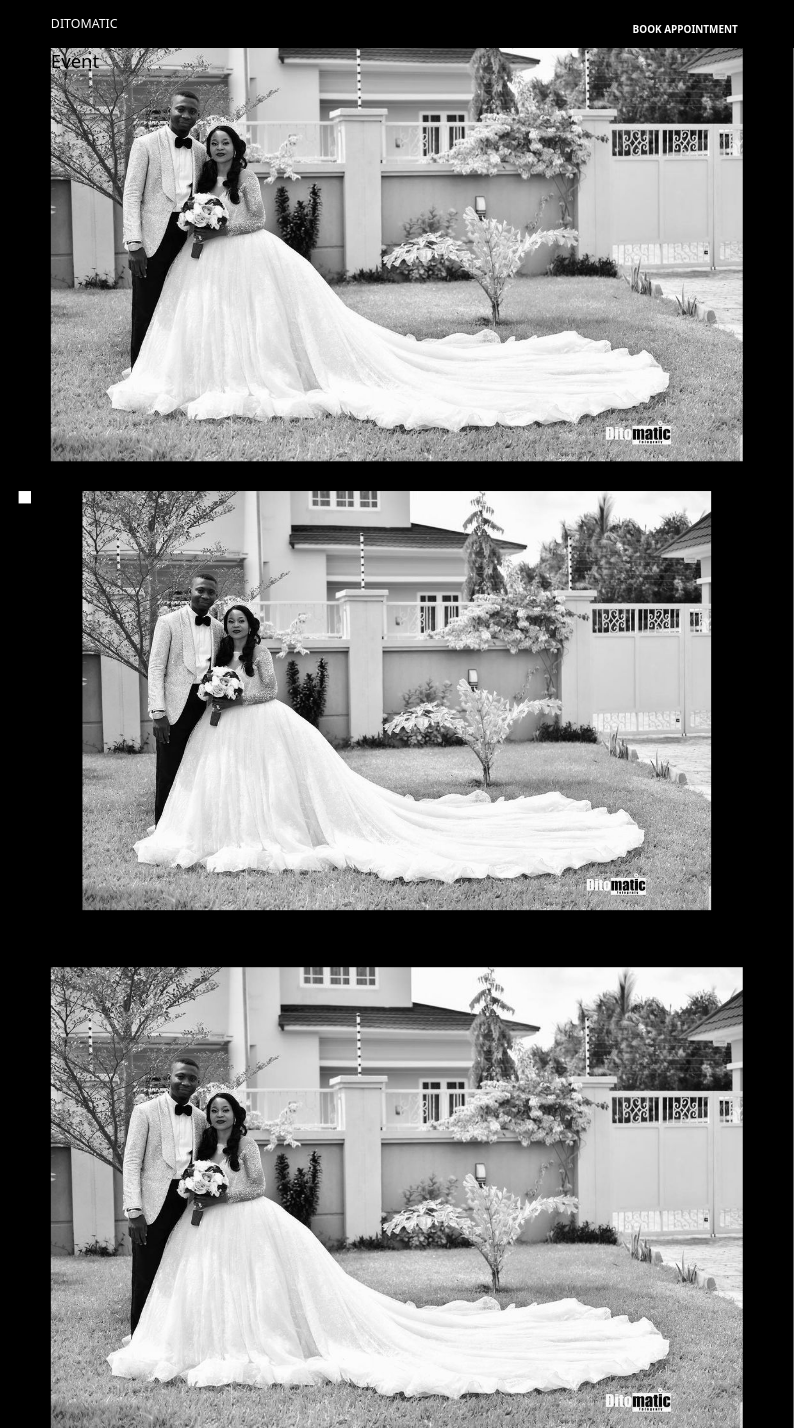
Repository: latenightsnacc/Ditomatic-Demo
Page: ditomatic.html
The author's editor kept a copy of each file at every save. The page is drawn from the files as they stood at one save, then again after the next save.
The browser window is 1280 px wide. The page is 1292 px wide, so the pictures cover 1292 px, including what lies to the right of the window. The pictures show the whole page, at 62% of full size.
Some web libraries are served in a nearby version.

Above is the page before, as saved 2021-02-23 18:43:15.
Console error: TypeError: Cannot read properties of null (reading 'addEventListener')

After the next save:
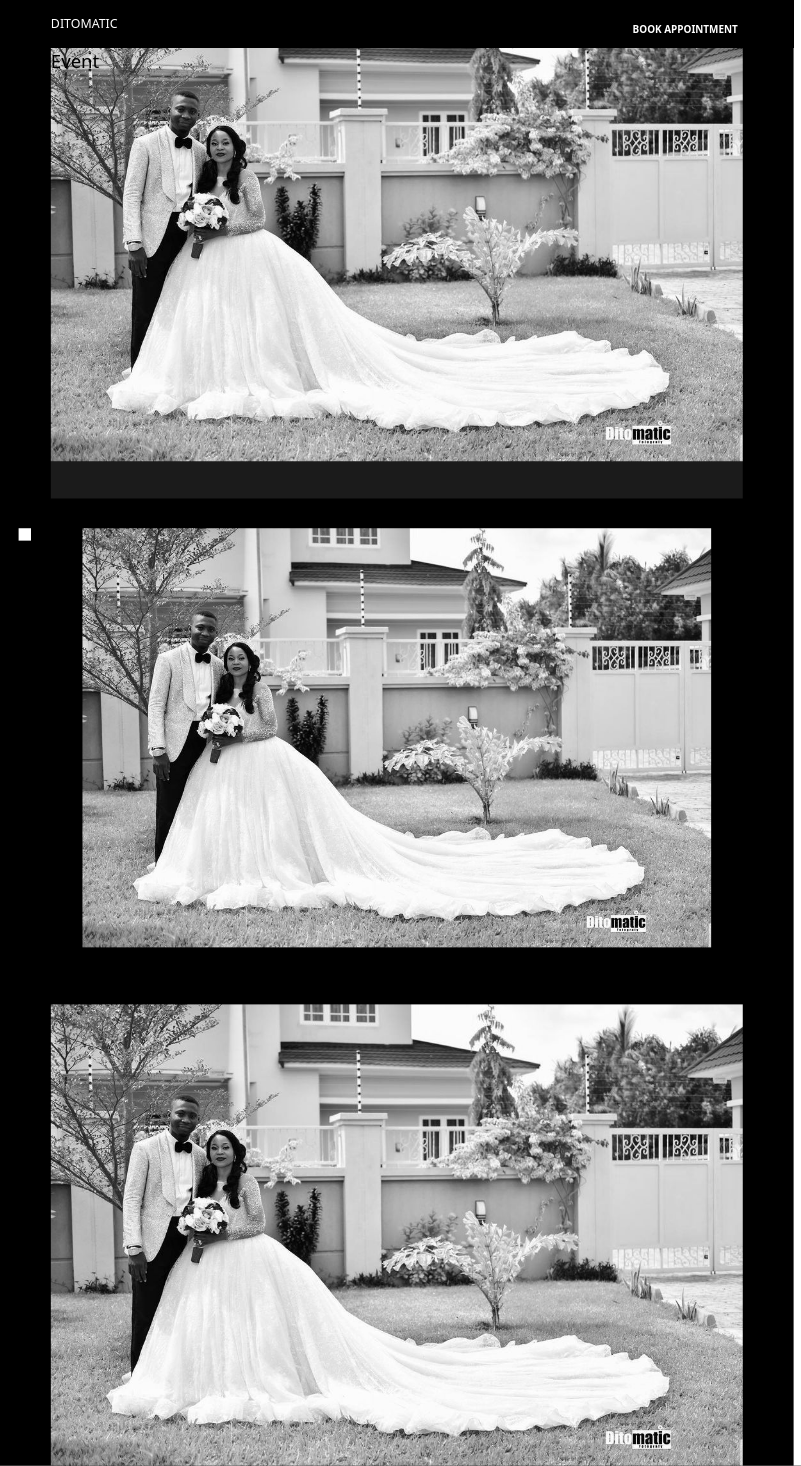
Saved 36 s later.
--- a/ditomatic.html
+++ b/ditomatic.html
@@ -39,7 +39,7 @@
             <div class="container">
                 <div class="relative">
                     <img src="images/TLFC-ConvertImage.jpg" alt="" width="100%">
-                    <div class="overlay-primary"></div>
+                    <div class="uk-overlay uk-overlay-primary"></div>
                     <div class="absolute top-20 left-0">
                         <div class="text-black text-3xl hover:font-black">Event</div>
                     </div>

After the save that followed:
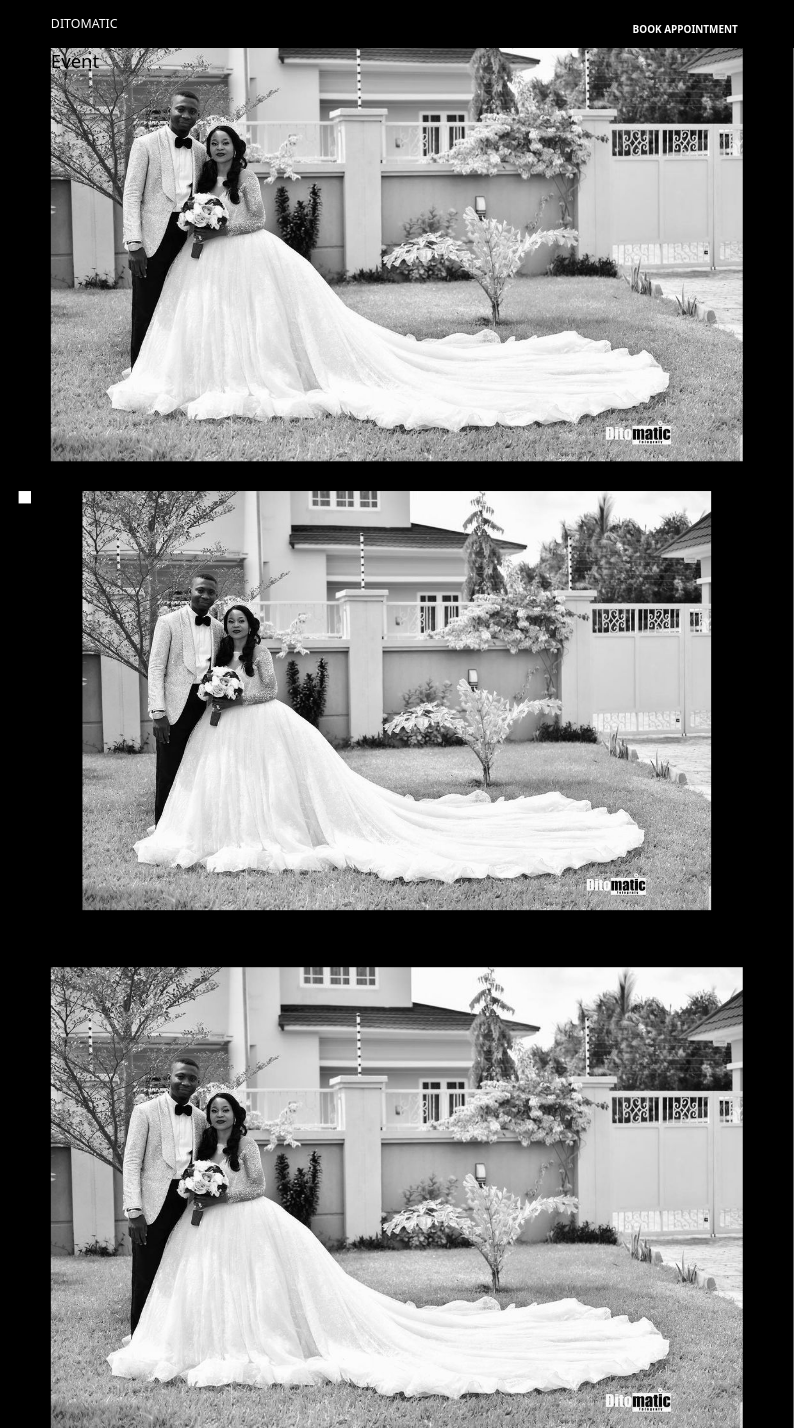
Saved 47 s later.
--- a/ditomatic.html
+++ b/ditomatic.html
@@ -39,7 +39,7 @@
             <div class="container">
                 <div class="relative">
                     <img src="images/TLFC-ConvertImage.jpg" alt="" width="100%">
-                    <div class="uk-overlay uk-overlay-primary"></div>
+                    <div class="uk-overlay-primary"></div>
                     <div class="absolute top-20 left-0">
                         <div class="text-black text-3xl hover:font-black">Event</div>
                     </div>
